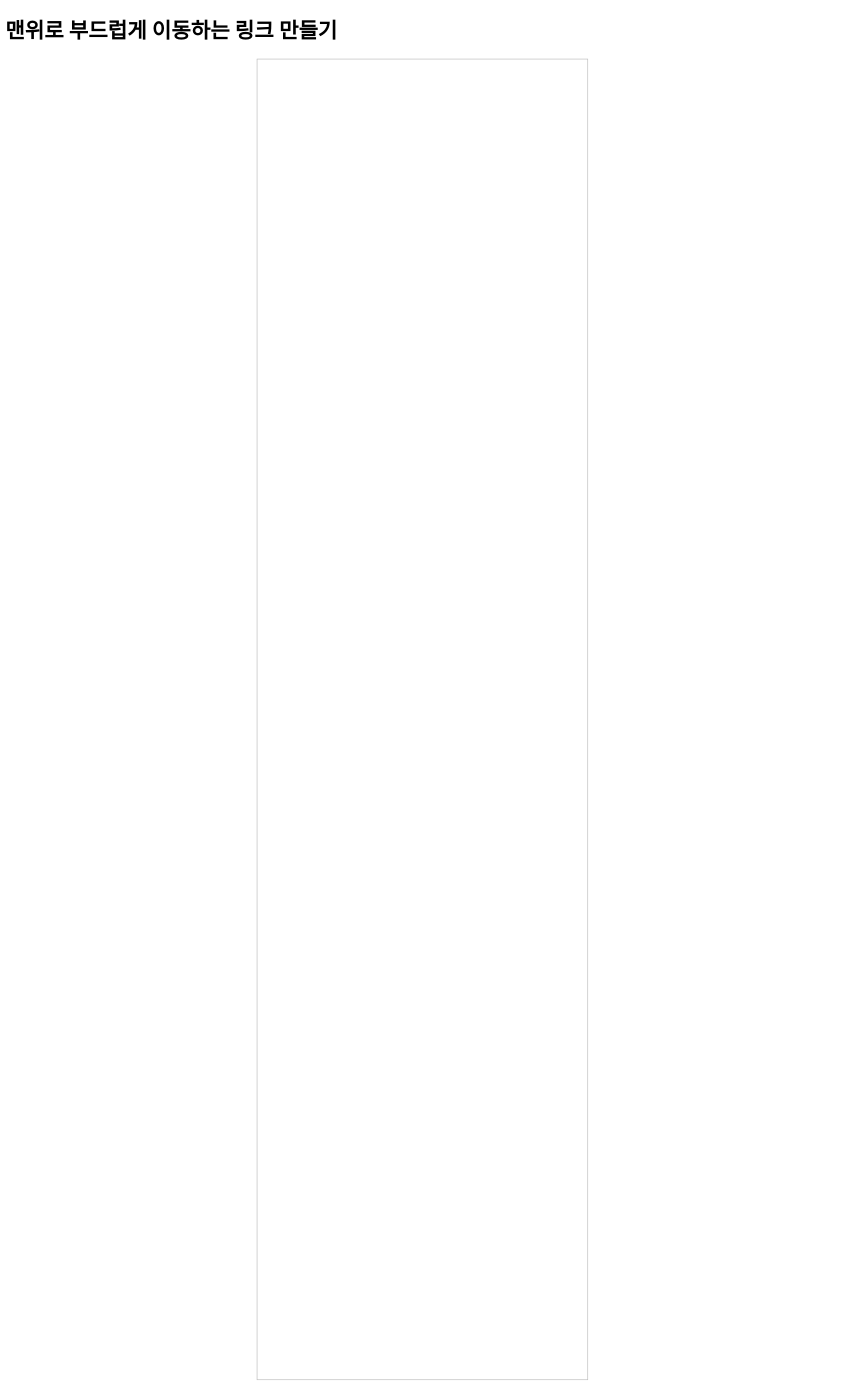
Repository: tjdwlsl/jspstudy
Page: http://localhost/JQuery_Ajax/jquery/ex19_exam01.jsp
These files come from the project's save history. The page is drawn as it stood at one moment and after the next save; the edit follows.
The browser window is 1280 px wide. The pictures show the whole page, at 66% of full size.
The page is served by Tomcat 9. Other server files are loaded and not shown.

Above is the page before, as saved 2023-07-20 01:51:21.

### JQuery_Ajax/src/main/webapp/jquery/ex19_exam01.jsp
<%@ page language="java" contentType="text/html; charset=UTF-8"
    pageEncoding="UTF-8"%>
<!DOCTYPE html>
<html>
<head>
<meta charset="UTF-8">
<title>Insert title here</title>
<style type="text/css">
	div{
		margin: auto;
		width: 500px;
		height: 2000px;
		border: 1px solid #bcbcbc;
	}
	a.top{
		position: fixed;
		left: 50%;
		bottom: 50px;
		display: none;
	}
</style>
<%-- jQuery 라이브러리 CDN --%>
<script src="https://ajax.googleapis.com/ajax/libs/jquery/3.7.0/jquery.min.js"></script>
<script type="text/javascript">
//scrollTop() : 맨 위로 스르륵 부드럽게 올라가는 효과를 만들 수 있음
$(document).ready(function(){

});
</script>

</head>
<body>
	<h1>맨위로 부드럽게 이동하는 링크 만들기</h1>
	<div></div>
	<a href="#" class="top">TOP</a>
</body>
</html>

After the next save:
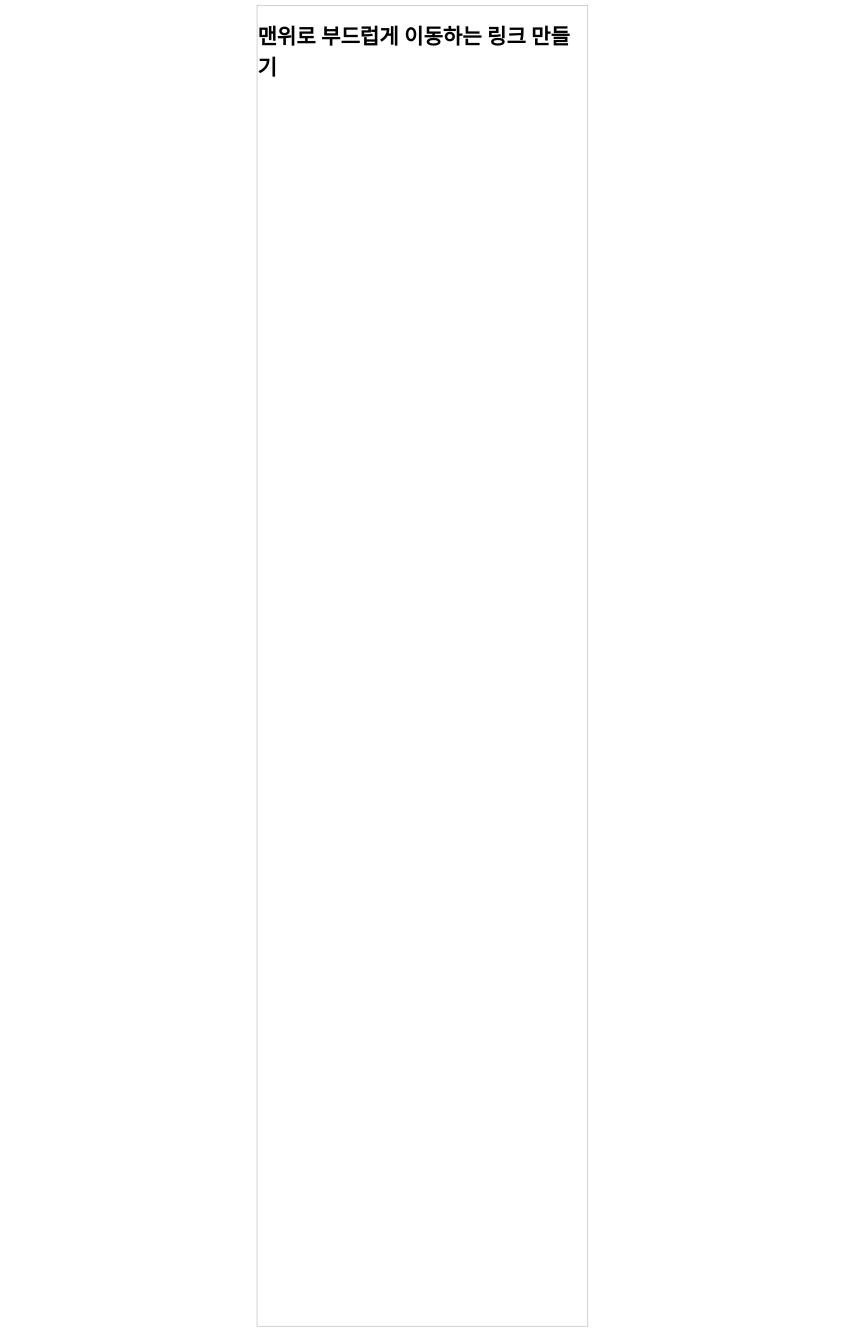
Saved 26 s later.
--- a/JQuery_Ajax/src/main/webapp/jquery/ex19_exam01.jsp
+++ b/JQuery_Ajax/src/main/webapp/jquery/ex19_exam01.jsp
@@ -30,8 +30,7 @@
 
 </head>
 <body>
-	<h1>맨위로 부드럽게 이동하는 링크 만들기</h1>
-	<div></div>
+	<div><h1>맨위로 부드럽게 이동하는 링크 만들기</h1></div>
 	<a href="#" class="top">TOP</a>
 </body>
 </html>
